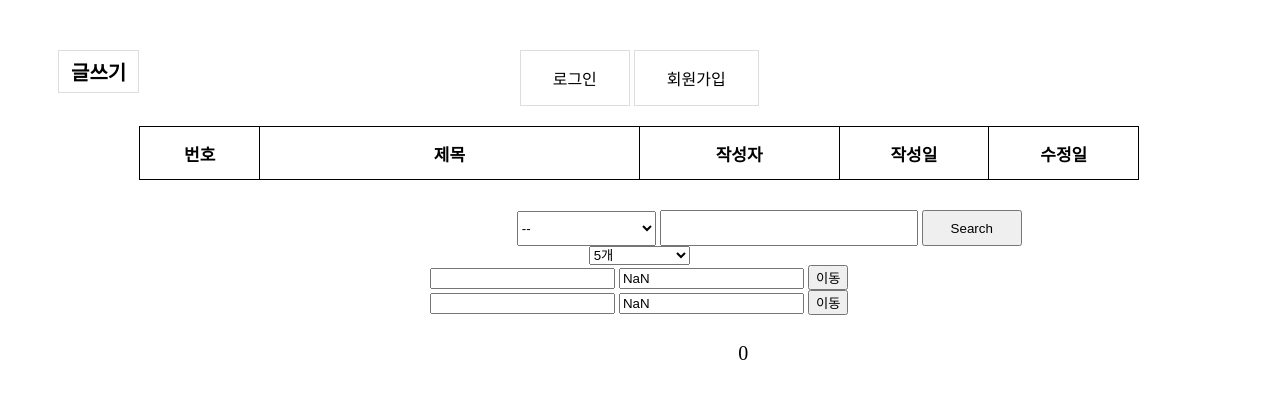
Repository: Shim-YoungDo/gaea-study
Page: http://localhost/study/WEB-INF/views/board/list.jsp
These files come from the project's save history. The page is drawn as it stood at one moment and after the next save; the edit follows.
The browser window is 1280 px wide. The pictures show the whole page.
The page is served by Tomcat 9. Nobody is signed in. Other server files are loaded and not shown. The template is opened directly, without the code that normally fills it, so the values that code supplies are empty.

Above is the page before, as saved 2021-12-13 06:18:01.

### study/src/main/webapp/WEB-INF/views/board/list.jsp
<%@ page language="java" contentType="text/html; charset=UTF-8"
	pageEncoding="UTF-8"%>
<%@ taglib uri="http://java.sun.com/jsp/jstl/core" prefix="c"%>
<%@ taglib prefix="fmt" uri="http://java.sun.com/jsp/jstl/fmt"%>
<!DOCTYPE html>
<html>
<head>
<meta charset="UTF-8">
<title>Insert title here</title>
<link rel="stylesheet" href="/resources/css/board/list.css">
<script src="https://code.jquery.com/jquery-3.4.1.js"
	integrity="sha256-WpOohJOqMqqyKL9FccASB9O0KwACQJpFTUBLTYOVvVU="
	crossorigin="anonymous"></script>
</head>
<body>
	<div class="table_wrap">
		<a href="/board/registeView" class="enroll_btn">글쓰기</a>
		<div class="login_area">
		<!-- 로그인 x -->
		<c:if test="${member==null}">
		<div class="login_button"><a href="/member/login">로그인</a></div>
		<span><a href="/member/join">회원가입</a></span>
		</c:if>

		<!-- 로그인 o -->
		<c:if test="${member != null}">
		<div class="login_success_area">
			<span>이름:${member.memberName}</span>
			<span>아이디:${member.memberID}</span>
			<a href="/member/logout">로그아웃</a>
		</div>
		</c:if>

		<table>
			<thead>
				<tr>
					<th class="bno_width">번호</th>
					<th class="title_width">제목</th>
					<th class="writer_width">작성자</th>
					<th class="regdate_width">작성일</th>
					<th class="updatedate_width">수정일</th>
				</tr>
			</thead>
			<c:forEach items="${list}" var="list">
				<tr>
					<td><c:out value="${list.boardNumber}" /></td>
					<td>
						<a class="move" href='<c:out value="${list.boardNumber}"/>'>
							<c:out value="${list.boardTitle}" />
						</a>
					</td>
					<td>
						<c:out value="${list.boardWriter}" />
					</td>
					<td>
						<fmt:formatDate pattern="yyyy/MM/dd"
							value="${list.boardRegistrationDate}" />
					</td>
					<td>
						<fmt:formatDate pattern="yyyy/MM/dd"
							value="${list.boardUpdateDate}" />
					</td>
				</tr>
			</c:forEach>
		</table>

		<div class="search_wrap">
			<div class="search_area">
				<select name="type">
                <option value="" <c:out value="${pageMake.cri.type == null?'selected':'' }"/>>--</option>
                <option value="T" <c:out value="${pageMake.cri.type eq 'T'?'selected':'' }"/>>제목</option>
                <option value="C" <c:out value="${pageMake.cri.type eq 'C'?'selected':'' }"/>>내용</option>
                <option value="W" <c:out value="${pageMake.cri.type eq 'W'?'selected':'' }"/>>작성자</option>
                <option value="TC" <c:out value="${pageMake.cri.type eq 'TC'?'selected':'' }"/>>제목 + 내용</option>
                <option value="TW" <c:out value="${pageMake.cri.type eq 'TW'?'selected':'' }"/>>제목 + 작성자</option>
                <option value="TCW" <c:out value="${pageMake.cri.type eq 'TCW'?'selected':'' }"/>>제목 + 내용 + 작성자</option>
            </select>
				<input type="text" name="keyword" value="${pageMake.cri.keyword}">
				<button>Search</button>
			</div>
		</div>

		<div class="amount_wrap">
			<div class="amount_area">

					<select name="amount" onchange="selectBoxChange(this.value);">
						<option value="" disabled >=== 선택 ===</option>
						<option value=5 <c:out value="${pageMake.cri.amount == 5?'selected':''}"/>>5개</option>
    					<option value=10 <c:out value="${pageMake.cri.amount == 10?'selected':''}"/>>10개</option>
    					<option value=20 <c:out value="${pageMake.cri.amount == 20?'selected':''}"/>>20개</option>
    					<option value=25 <c:out value="${pageMake.cri.amount == 25?'selected':''}"/>>25개</option>

					</select>

			</div>
		</div>


		<div class="page_select_wrap">
			<div class="page_select_area">
				<input type = "text" pattern="\d" name="pageSelect"<c:out value="${pageMake.cri.pageNum }"/>>
				<input name = "totalPage" readonly="readonly" value = '<c:out value="${pageMake.boardTotal*1/pageMake.cri.amount}"/>'>
				<button>이동</button>
			</div>
		</div>

		<div class="page_count_wrap">
			<div class="page_count_area">
				<input type = "text" pattern="\d" name="pageCount"<c:out value="${pageMake.pageCount}"/>>
				<input name = "totalPage" readonly="readonly" value = '<c:out value="${pageMake.boardTotal*1/pageMake.cri.amount}"/>'>
				<button>이동</button>
			</div>
		</div>



		<div class="pageInfo_wrap">
			<div class="pageInfo_area">
				<ul id="pageInfo" class="pageInfo">

					<!-- 이전페이지 버튼 -->
					<c:if test="${pageMake.prev}">
						<li class="pageInfo_btn previous"><a href="${pageMake.startPage-1}">이전</a></li>
					</c:if>

					<!-- 각 번호 페이지 버튼 -->
					<c:forEach var="num" begin="${pageMake.startPage}" end="${pageMake.endPage}">
						<li class="pageInfo_btn ${pageMake.cri.pageNum == num ? "active":"" }"><a href="${num}">${num}</a></li>
					</c:forEach>

					<!--
					<form id="pageForm" method="post">
					<select name="amount" id="amount" onchange="selectBoxChange(this.value);">
						<option value="none">=== 선택 ===</option>
						<option value="5">5개</option>
    					<option value="10">10개</option>
    					<option value="20">20개</option>
					</select>
					</form>
					-->

					<!-- 다음페이지 버튼 -->
					<c:if test="${pageMake.next}">
						<li class="pageInfo_btn next"><a href="${pageMake.endPage+1}">다음</a></li>
					</c:if>
				</ul>
			</div>
		</div>

		<form id="moveForm" method="get">
			<input type="hidden" name="pageNum" value="${pageMake.cri.pageNum}">
			<input type="hidden" name="amount" value="${pageMake.cri.amount}">
			<input type="hidden" name="keyword" value="${pageMake.cri.keyword}">
			<input type="hidden" name="type" value="${pageMake.cri.type}">

		</form>
	</div>
</div>
	<script>
		let moveForm = $("#moveForm");
		let pageForm = $("#pageForm");

		$(".move").on("click", function(e) {
			e.preventDefault();
			moveForm.append("<input type='hidden' name='boardNumber' value='"
					+ $(this).attr("href") + "'>"); //<form>내부 boardNumber값을 저장하는 <input>태그 생성
			moveForm.attr("action", "/board/getPage");
			moveForm.submit();
				});

		$(".pageInfo a").on("click", function(e){
			e.preventDefault();
			moveForm.find("input[name='pageNum']").val($(this).attr("href")); //<form>내부 pageNum과 관련된 <input>태그의 value 속성값에 클릭한<a>태그 페이지 번호 삽입
			moveForm.attr("action", "/board/list");
			moveForm.submit();
		});

		/*
		var selectBoxChange = function(value){
			console.log("결과:" +value);
			$.ajax({
				type:"post",
				url:"/board/pageAmount",
				data: "pageAmount=" +value,
				success : function(data){
					alert("성공", +data);
					console.log(data);
				}
			});
		}*/

		/*
		$("#pageForm").change(function(){
			var pageAmount = value;

			$.ajax({
				type:"post",
				url:"/board/pageAmount",
				data: "pageAmount=" +pageAmount,
				success : function(data){
					alert("성공", +data);
					console.log(data);
				}
			});

		});*/


		//검색기능
		$(".search_area button").on("click", function(e){
			e.preventDefault();

			let type = $(".search_area select").val();
			let keyword = $(".search_area input[name='keyword']").val();

			if(!type){
				alert("검색 종류를 선택하세요");
				return false;
			}
			if(!keyword){
				alert("키워드를 입력하세요");
				return false;
			}

			//let val = $("input[name='keyword']").val();
			moveForm.find("input[name='type']").val(type);
			moveForm.find("input[name='keyword']").val(keyword);
			moveForm.find("input[name='pageNum']").val(1);
			moveForm.submit();
		});

		/*
		$("#pageForm").change(function(){
			var pageAmount = value;
			let amount = $(".amount_area select").val();

			pageForm.find("input[name]='amount'").val(amount);
			pageForm.submit();
		});*/

		//화면에 출력될 총 게시글 수 선택
		var selectBoxChange = function(value){

			let amount = $(".amount_area select").val();

			//pageForm.find("input[name]='amount'").val(amount);
			//pageForm.submit();
			moveForm.find("input[name='amount']").val(amount);
			moveForm.find("input[name='pageNum']").val(1);
			moveForm.submit();

			console.log("결과:" +value);
			//alert("성공", +data);
		}

		$(".page_select_area button").on("click",function(){

			let pageNum = $(".page_select_area [name='pageSelect']").val();

			moveForm.find("input[name='pageNum']").val(pageNum);
			moveForm.attr("action", "/board/list");
			moveForm.submit();
		});
	</script>

</body>
</html>

### study/src/main/webapp/resources/css/board/list.css
@charset "UTF-8";
a{
  	text-decoration : none;
  }
  table{
 	border-collapse: collapse;
 	width: 1000px;
 	margin-top : 20px;
 	text-align: center;
  }
  td, th{
  	border : 1px solid black;
  	height: 50px;
  }
  th{
  	font-size : 17px;
  }
  thead{
  	font-weight: 700;
  }
  .table_wrap{
  	margin : 50px 0 0 50px;
  }
  .bno_width{
  	width: 12%;
  }
  .writer_width{
  	width: 20%;
  }
  .regdate_width{
  	width: 15%;
  }
  .updatedate_width{
  	width: 15%;
  }
  .enroll_btn{
    float:left;
  	font-size: 20px;
    padding: 6px 12px;
    background-color: #fff;
    border: 1px solid #ddd;
    font-weight: 600;
  }
  .list_btn{
  	float:center;
  	font-size: 20px;
    padding: 6px 12px;
    background-color: #fff;
    border: 1px solid #ddd;
    font-weight: 600;
  }

  .pageInfo{
      list-style : none;
      display: inline-block;
    margin: 20px 0 0 150px;
  }
  .pageInfo li{
      float: left;
    font-size: 20px;
    margin-left: 18px;
    padding: 7px;
    font-weight: 500;
  }
  .login_area{
	height:30%;
	display:inline-block;
	text-align:center;
}
  .login_button{
  	background-color: #ffffff; /* Green */
    border: 1px solid #ddd;
    color: white;
    padding: 15px 32px;
    text-align: center;
    text-decoration: none;
    display: inline-block;
    font-size: 16px;
  }
  .login_area>span{
	background-color: #ffffff; /* Green */
    border: 1px solid #ddd;
    color: white;
    padding: 15px 32px;
    text-align: center;
    text-decoration: none;
    display: inline-block;
    font-size: 16px;
}

/*로그인 성공 영역*/
.login_success_area{
	width:25%;
	height:30%;
	border:2px solid #7474ad;
	border-radius:15px;
	margin:5% auto;
}
.login_success_area>span{
	display:block;
	text-align:left;
	margin-left:10px
}
.login_success_area>a{
    font-size: 15px;
    font-weight: 900;
    display: inline-block;
    margin-top: 5px;
    background: #e1e5e8;
    width: 82px;
    height: 22px;
    line-height: 22px;
    border-radius: 25px;
    color: #606267;
}

.search_area{
    display: inline-block;
    margin-top: 30px;
    margin-left: 260px;
  }
  .search_area input{
      height: 30px;
    width: 250px;
  }
  .search_area button{
     width: 100px;
    height: 36px;
  }

  .search_area select{
  	height:35px;
  }


 a:link {color:black; text-decoration: none;}
 a:visited {color:black; text-decoration: none;}
 a:hover {color:blue; text-decoration: underline;}
 .active{
 	text-decoration:underline;
 }

After the next save:
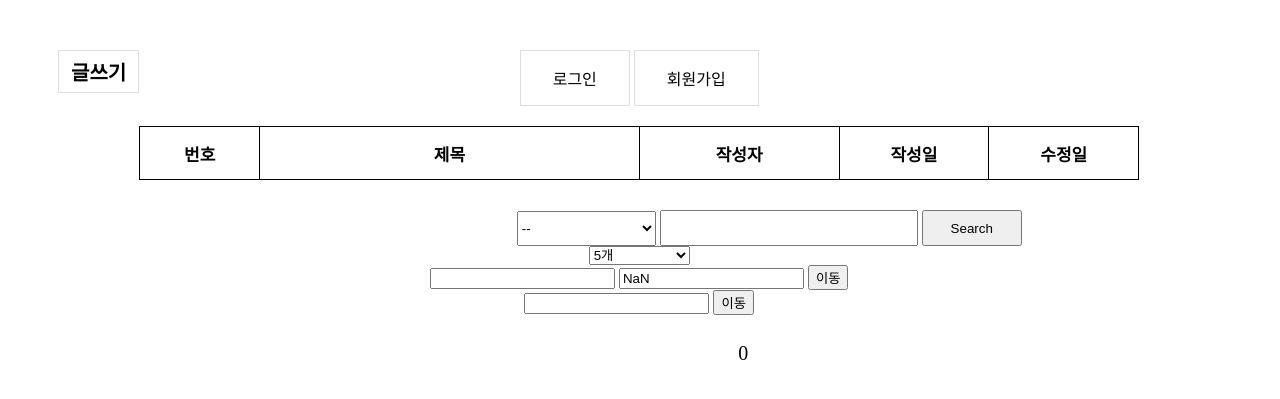
Saved 18 s later.
--- a/study/src/main/webapp/WEB-INF/views/board/list.jsp
+++ b/study/src/main/webapp/WEB-INF/views/board/list.jsp
@@ -107,7 +107,6 @@
 		<div class="page_count_wrap">
 			<div class="page_count_area">
 				<input type = "text" pattern="\d" name="pageCount"<c:out value="${pageMake.pageCount}"/>>
-				<input name = "totalPage" readonly="readonly" value = '<c:out value="${pageMake.boardTotal*1/pageMake.cri.amount}"/>'>
 				<button>이동</button>
 			</div>
 		</div>
